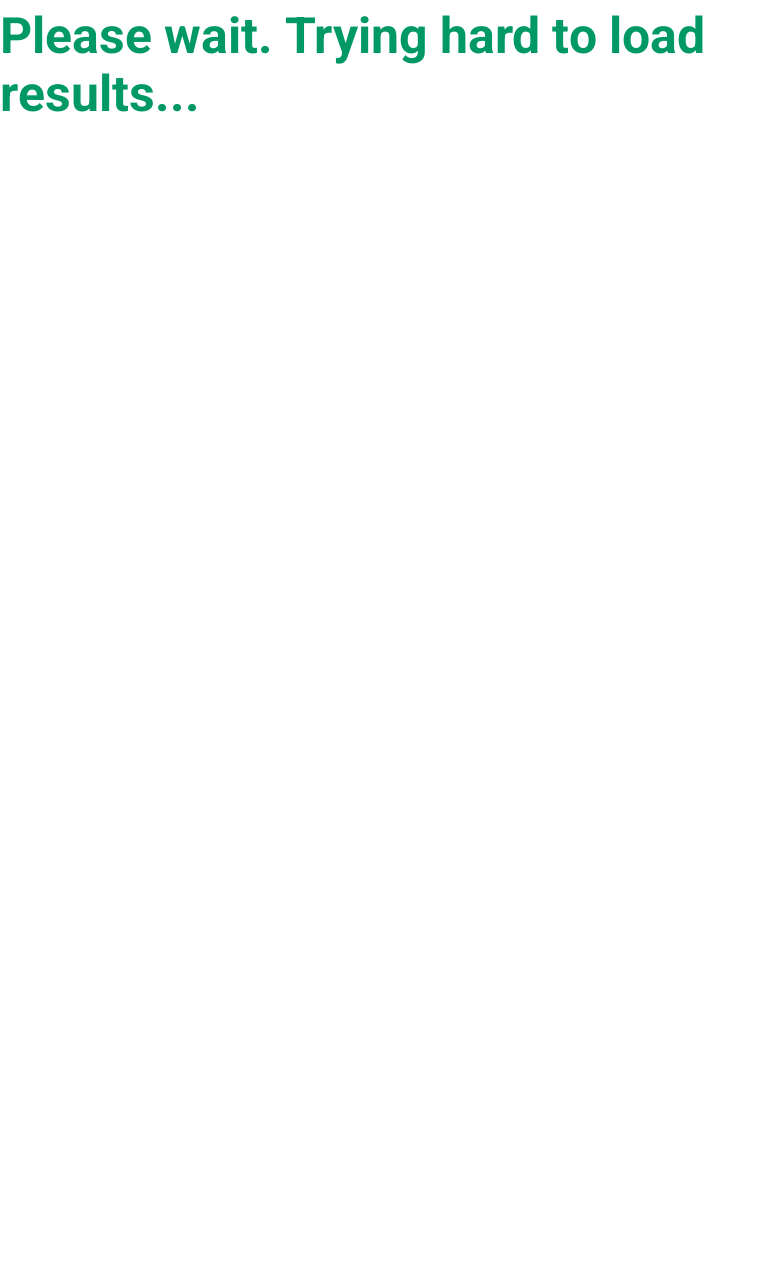
Repository: ironlulu/FloraSG
Layout: floraSG/res/layout/search_loading_row.xml
These files come from the project's save history. The layout is drawn as it stood at one moment and after the next save; the edit follows.
It is drawn on a 768 x 1280 px phone screen (xhdpi) without system bars, with theme AppTheme; the app's code is not run.

Above is the layout before, as saved 2014-04-14 03:32:13.

After the next save:
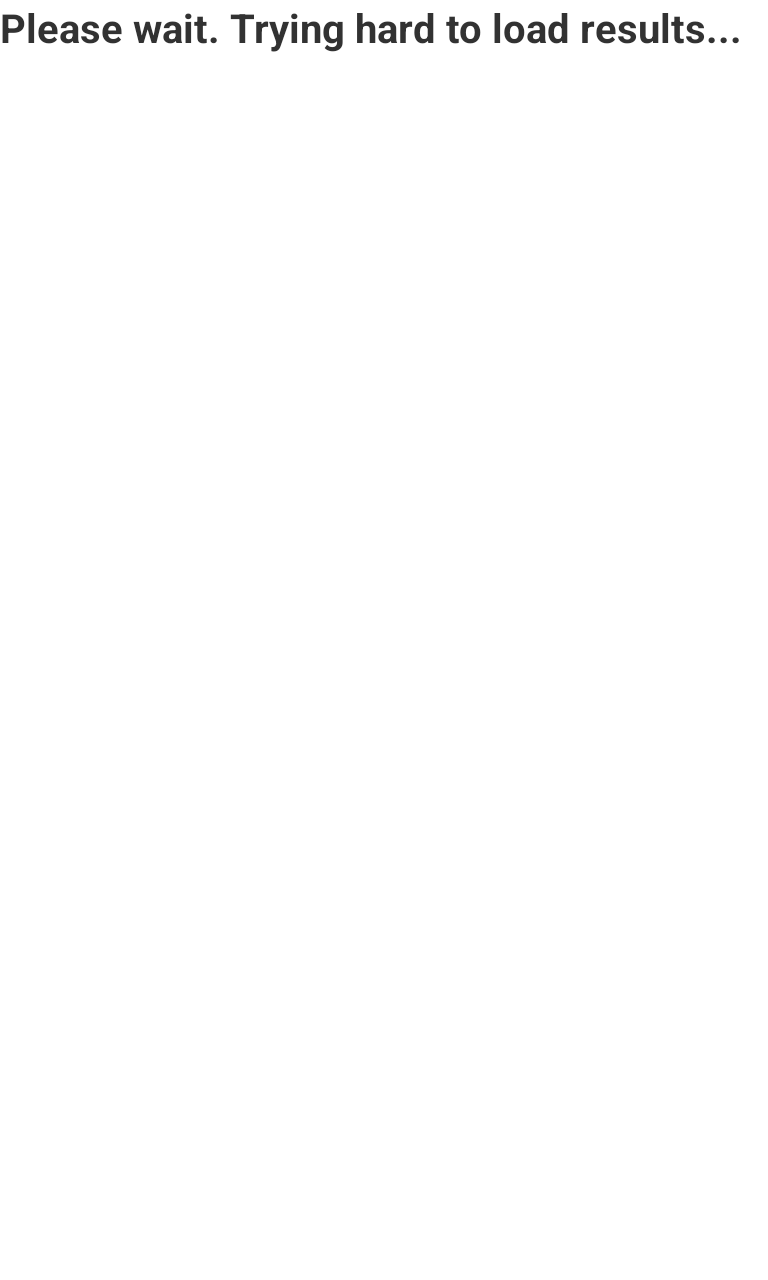
Saved 13 s later.
--- a/floraSG/res/layout/search_loading_row.xml
+++ b/floraSG/res/layout/search_loading_row.xml
@@ -7,8 +7,7 @@
         android:id="@+id/searchLoadingTextView"
         android:layout_width="match_parent"
         android:layout_height="match_parent"
-        android:textColor="@color/green"
-        android:textSize="25sp"
+        android:textSize="20sp"
         android:textStyle="bold"
         android:text = "@string/text_loading_message"/>
 
